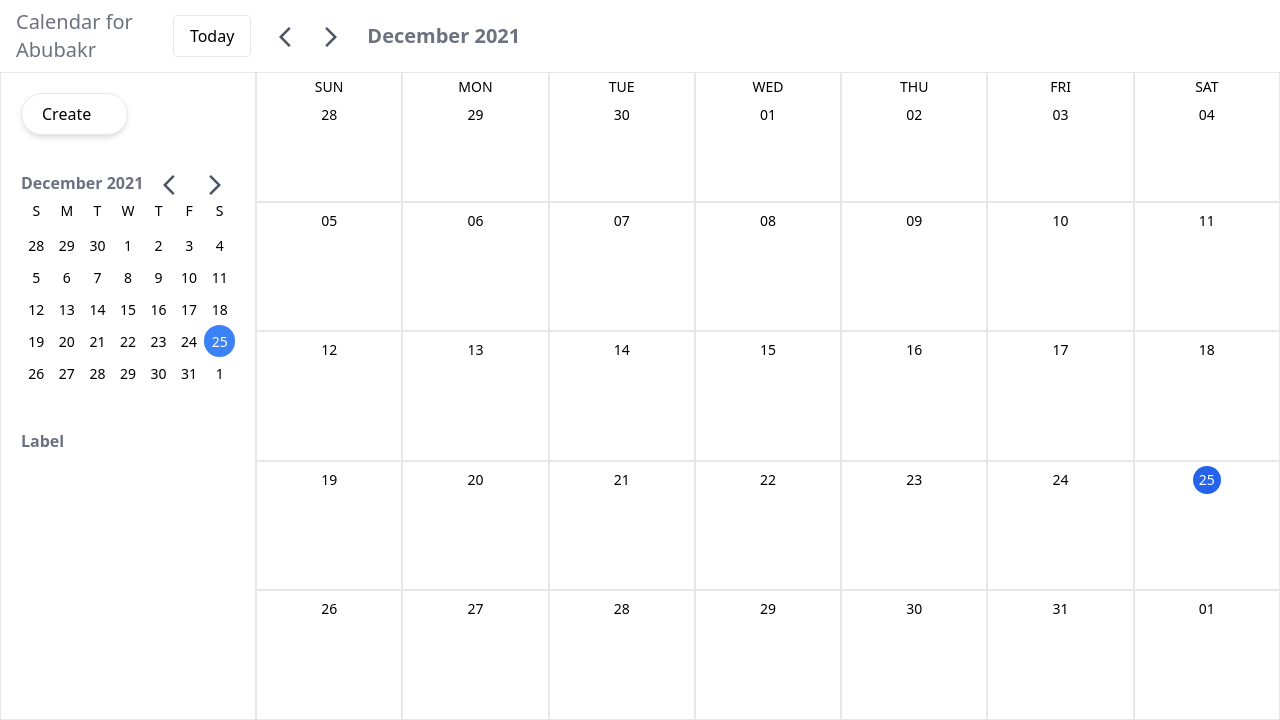
Repository: om1ars/react-calendar
Page: /
The author's editor kept a copy of each file at every save. The page is drawn from the files as they stood at one save, then again after the next save.
The browser window is 1280 px wide. The pictures show the whole page.
The project was rebuilt for these pictures with package versions that can differ from the ones it lists, and the page was loaded fresh each time. Also part of the build but not shown: craco.config.js, src/App.css, src/components/EventModal.jsx.

Above is the page before, as saved 2021-12-25 16:33:32.

After the next save:
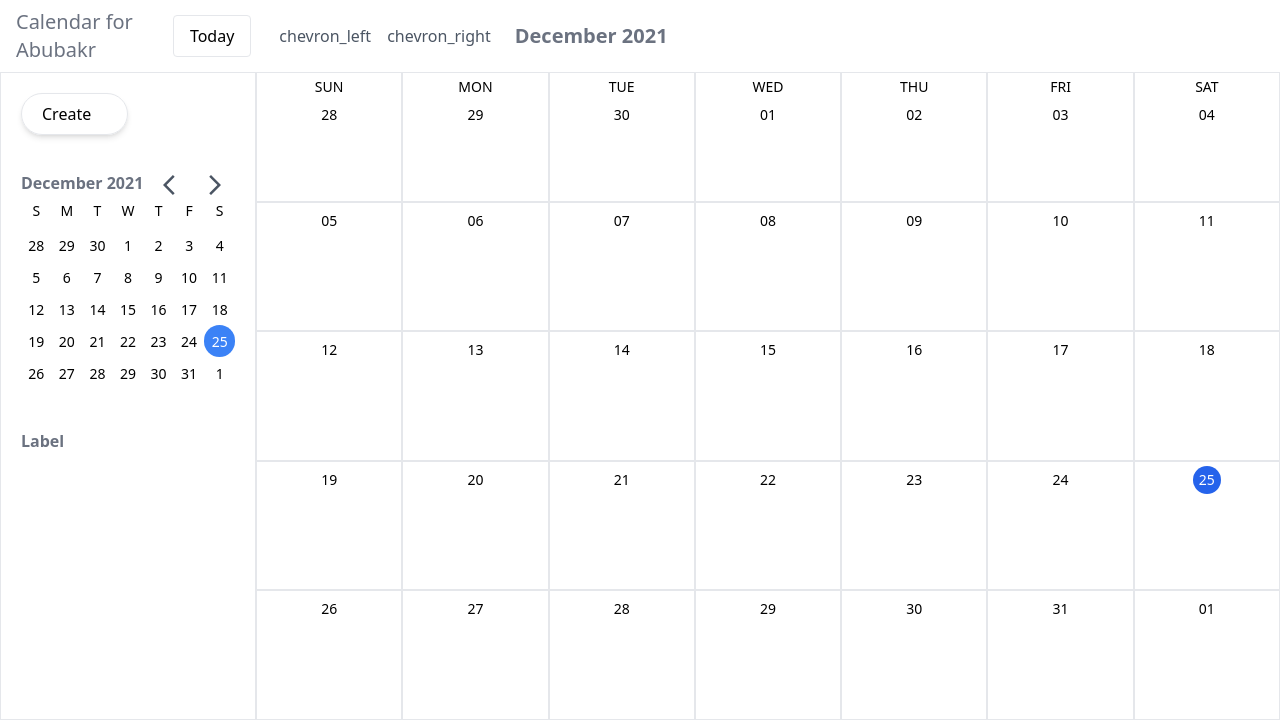
Saved 9 s later.
--- a/src/components/CalendarHeader.jsx
+++ b/src/components/CalendarHeader.jsx
@@ -1,8 +1,6 @@
 import dayjs from "dayjs";
 import React, { useContext } from "react";
 import GlobalContext from "../context/GlobalContext";
-import ArrowBackIosIcon from "@mui/icons-material/ArrowBackIos";
-import ArrowForwardIosIcon from "@mui/icons-material/ArrowForwardIos";
 export default function CalendarHeader() {
   const { monthIndex, setMonthIndex } = useContext(GlobalContext);
   function handlePrevMonth() {
@@ -22,24 +20,30 @@ export default function CalendarHeader() {
     <header className="px-4 py-2 flex items-center">
       <h1 className="mr-10 text-xl text-gray-500 fond-bold">
         Calendar for
+
         <br />
-        Abubakr
+         Abubakr
       </h1>
-      <button onClick={handleReset} className="border rounded py-2 px-4 mr-5">
+      <button
+        onClick={handleReset}
+        className="border rounded py-2 px-4 mr-5"
+      >
         Today
       </button>
       <button onClick={handlePrevMonth}>
         <span className="material-icons-outlined cursor-pointer text-gray-600 mx-2">
-          <ArrowBackIosIcon />
+          chevron_left
         </span>
       </button>
       <button onClick={handleNextMonth}>
         <span className="material-icons-outlined cursor-pointer text-gray-600 mx-2">
-          <ArrowForwardIosIcon />
+          chevron_right
         </span>
       </button>
       <h2 className="ml-4 text-xl text-gray-500 font-bold">
-        {dayjs(new Date(dayjs().year(), monthIndex)).format("MMMM YYYY")}
+        {dayjs(new Date(dayjs().year(), monthIndex)).format(
+          "MMMM YYYY"
+        )}
       </h2>
     </header>
   );
